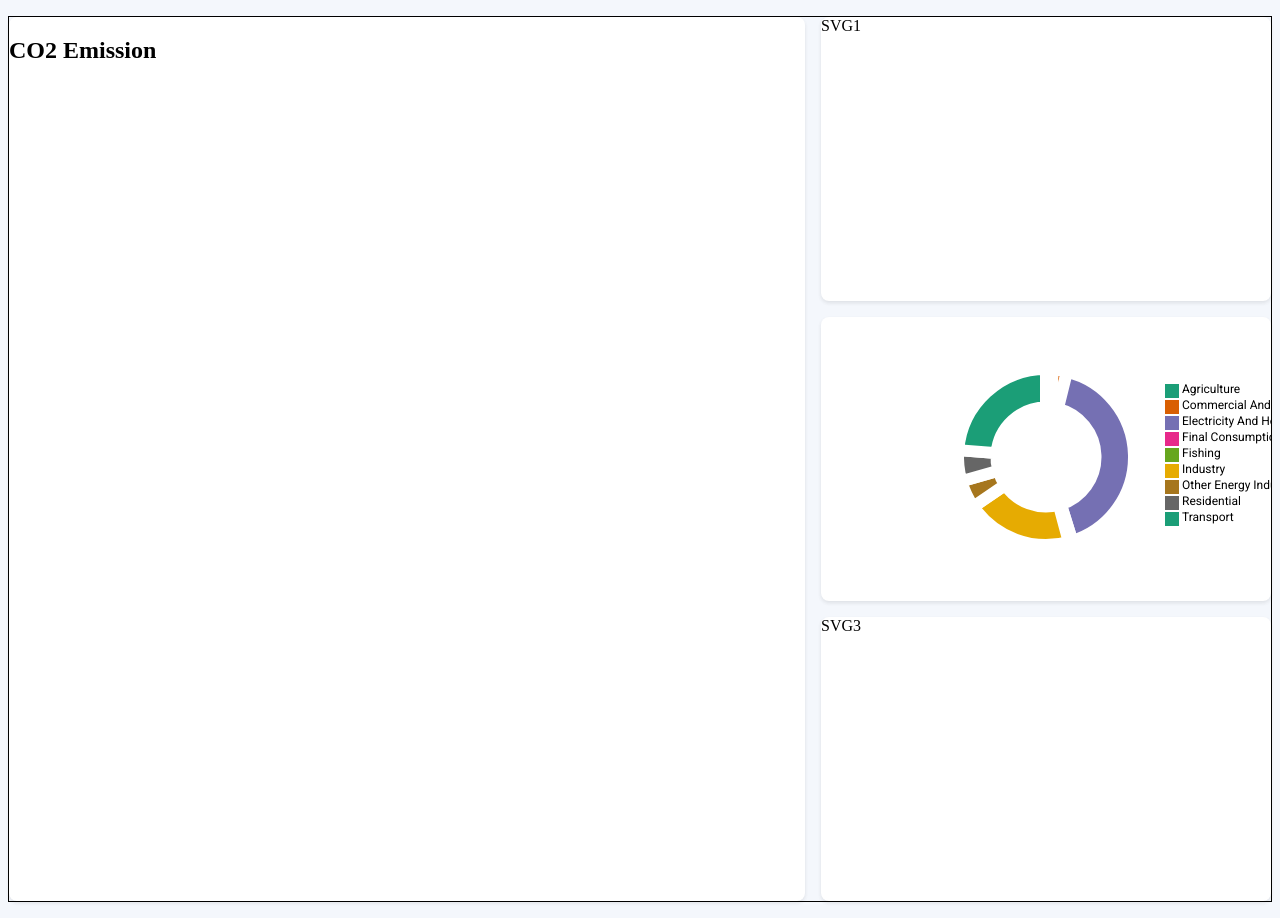
Repository: losmarco/CO2-Emission-Data-Dashboard
Page: index.html
The author's editor kept a copy of each file at every save. The page is drawn from the files as they stood at one save, then again after the next save.
The browser window is 1280 px wide. The pictures show the whole page.
The style sheet was rebuilt from its Sass, Less or Tailwind sources for each picture, by a compiler version that may differ from the author's.

Above is the page before, as saved 2020-03-29 17:35:25.

After the next save:
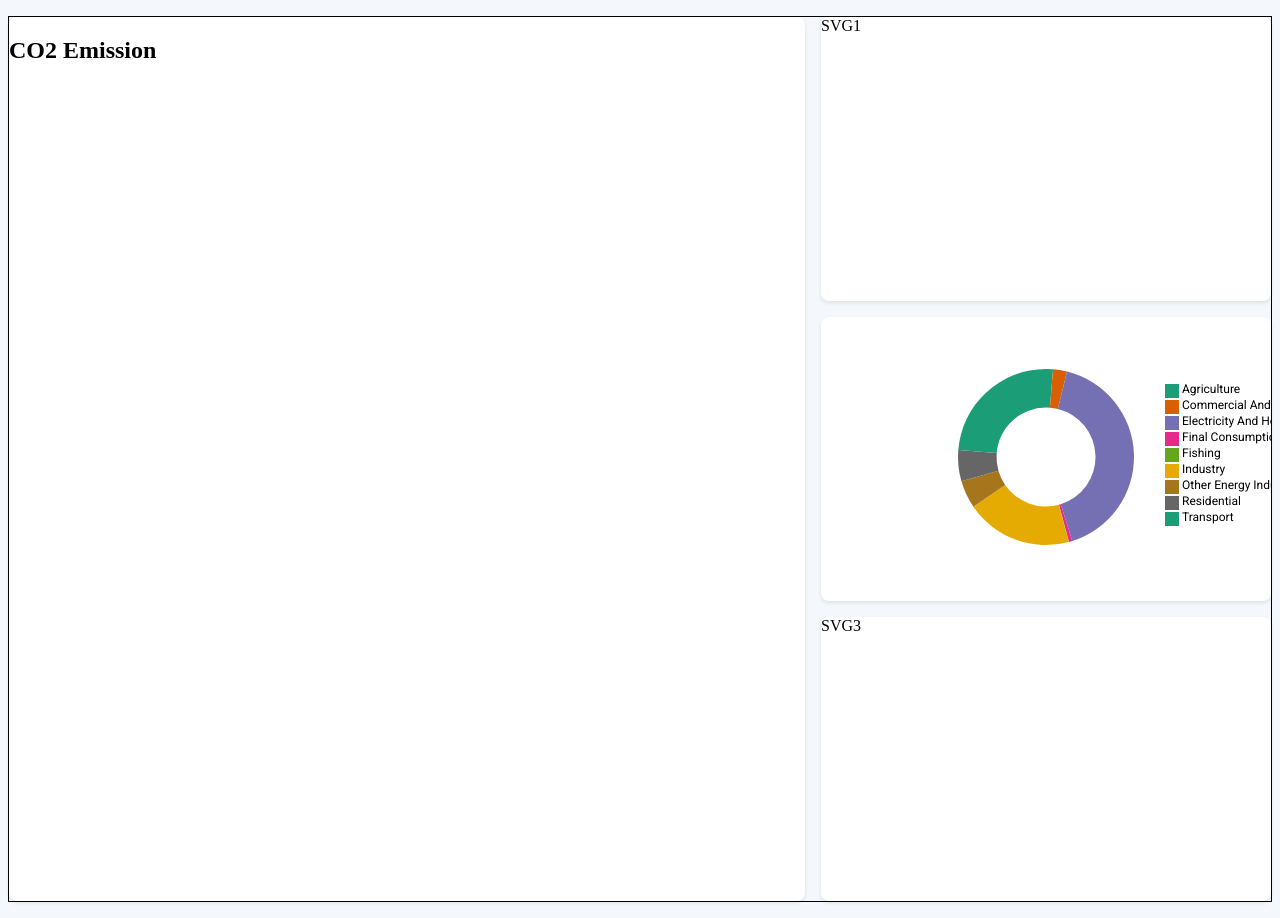
Saved 8 s later.
--- a/javascript/chart.js
+++ b/javascript/chart.js
@@ -94,7 +94,7 @@ d3.csv("data/world-sector.csv")
       .attr('fill', function(d){ return(color(d.data.key)) })
       .attr("stroke", "white")
       .attr("transform", "translateX(" + 20 + ")")
-      .style("stroke-width", "12px")
+      .style("stroke-width", "0px")
       .style("opacity", 1)
 
 
